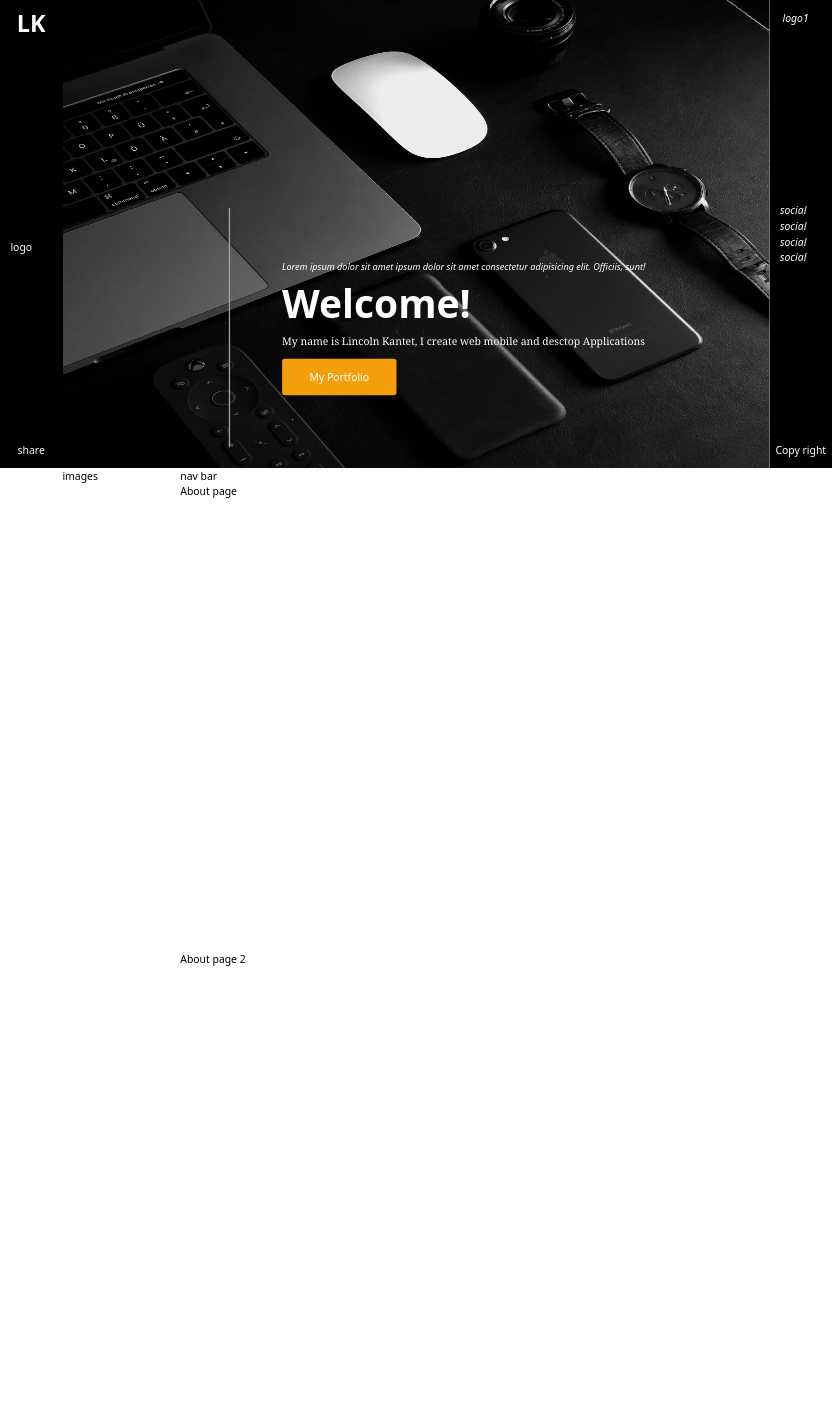
Repository: linco6054/template-tailwindcss
Page: index.html
These files come from the project's save history. The page is drawn as it stood at one moment and after a run of saves; the edit follows.
The browser window is 1280 px wide. The pictures show the whole page, at 65% of full size.

Above is the page before, as saved 2021-08-17 17:26:18.

### index.html
<!DOCTYPE html>
<html lang="en">

  <head>
    <meta charset="UTF-8" />
    <meta http-equiv="X-UA-Compatible" content="IE=edge" />
    <meta name="viewport" content="width=device-width, initial-scale=1.0" />
    <link href="https://unpkg.com/tailwindcss@^2/dist/tailwind.min.css" rel="stylesheet" />
<link rel="stylesheet" href="style.css">
    <title>Lincoln Kantet</title>
  </head>

  <body class="font-sans text-white  max-w-full h-auto flex flex-col lg:flex-row">
    <!-- nav -->
    <nav class="
        fixed
        top-0
        lg:left-0
        overflow-hidden
        bg-black
        h-20
        flex
        justify-between
        lg:flex-col
        items-center
        w-full
        lg:w-24 lg:h-screen
        z-50
      ">
      <span>
        <h1 class="mx-4 lg:mt-4 text-4xl font-bold">LK</h1>
      </span>
      <div class="mx-4 cursor-pointer">
        <i class="opacity-0 hover:opacity-100">menu</i>
        <span>logo</span>
      </div>

      <span class="mx-4 lg:mb-4">share</span>
    </nav>
    <!-- pages -->
    <section class="
        px-0
        lg:px-24
        overflow-hidden
        flex-col
        md:w-full
        lg:w-full
        h-auto
        text-black
        pt-20
        md:pt-0

      ">
      <div class="h-screen w-full relative overflow-hidden">
        <img class="absolute  z-0 h-full w-full" src="/images/bg.jpg" alt="">

        <div
          class="md:border-l-2 md:pl-20 md:py-20 md:border-gray-400 px-10 lg:ml-64 absolute text-white top-64 md:top-80 w-full z-20 flex flex-col  items-left  ">
          <i class="w-full text-sm mb-4 ">Lorem ipsum dolor sit amet ipsum dolor sit amet consectetur adipisicing elit.
            Officiis, sunt!</i>
          <h1 class="font-extrabold text-6xl mb-4">Welcome!</h1>
          <p class="font-serif mb-4">My name is Lincoln Kantet, I create web mobile and desctop Applications</p>
          <button class="bg-yellow-500 px-4 py-2 md:px-10 md:py-4 rounded w-44 hover:bg-yellow-700 ">My
            Portfolio</button>
        </div>
      </div>
      </div>
      <!-- other screen mother container -->
      <div class="h-auto mainSection">
      <div class="mainSection_images">images</div>
      <div class="mainSection_mother">
        <nav>nav bar</nav>
        <main>
          <div class="h-screen">About page</div>
            <div class="h-screen">About page 2</div>
        </main>
      </div>

      </div>
      <!-- end of other screen mother container -->
    </section>
    <!-- footer -->
    <footer class="
        lg:fixed lg:right-0
        overflow-hidden
        w-full
        lg:w-24
        bg-black
        h-20
        flex
        lg:h-screen
        flex-row-reverse
        justify-between
        items-center
        lg:flex-col
      ">
      <span class="mr-4 lg:mt-4">
        <i>logo1</i>
      </span>
      <span class="ml-4">
        <i>social</i>
        <i>social</i>
        <i>social</i>
        <i>social</i>
      </span>
      <span class="hidden lg:block lg:mb-4">Copy right</span>
    </footer>
  </body>

</html>

### style.css
/* just because of the structure */
.mainSection {
  position: relative !important;
  display: flex;
}
.mainSection_images {
  flex: 1 !important;
  position: ;

}
.mainSection_mother {
  flex: 5;
}
.mainSection_mother > nav {
  position: sticky !important;
  top: 0 !important;
}

After the next 2 saves:
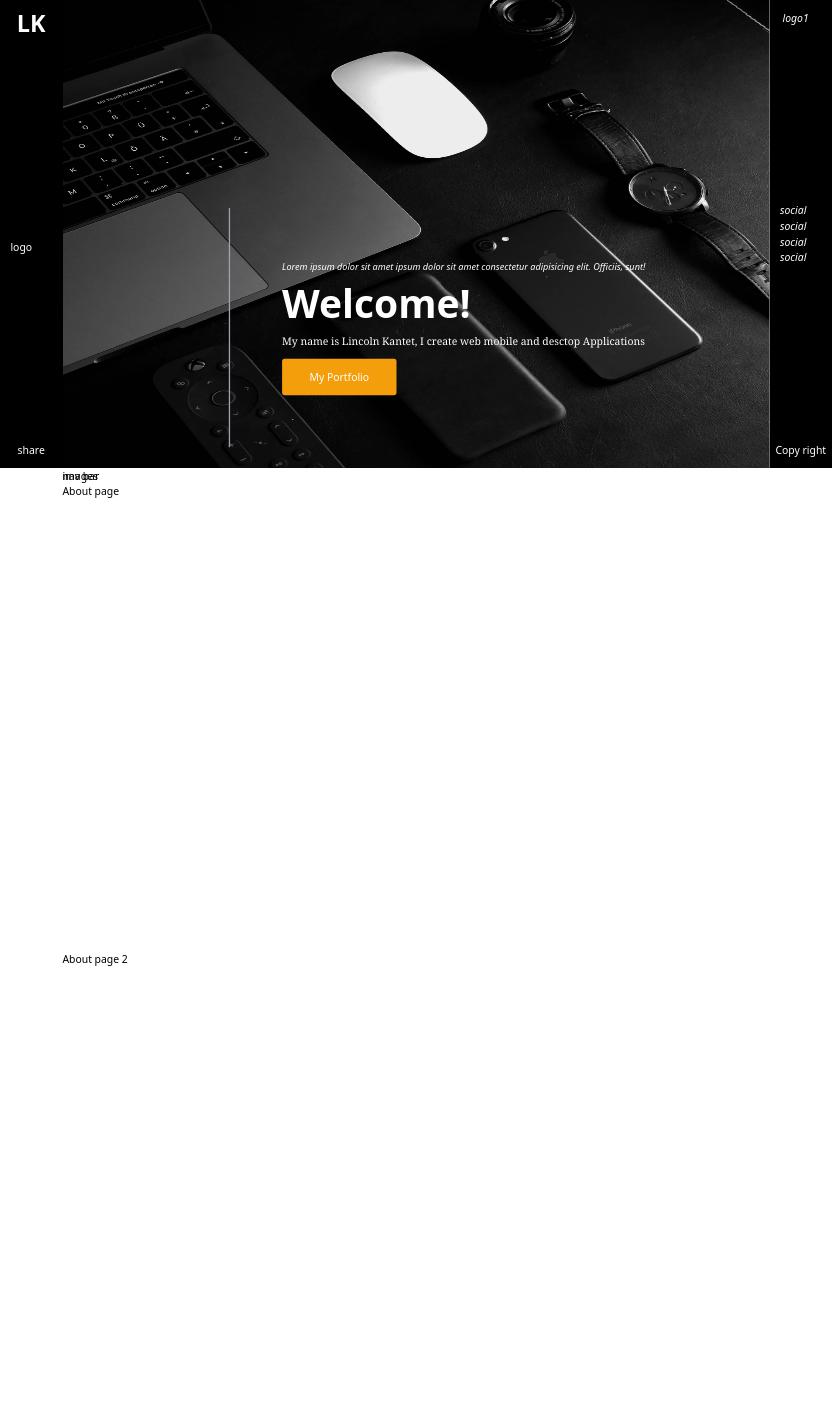
The 2 saves are shown as one change because they came seconds apart.
The last was saved 4 s later.
--- a/style.css
+++ b/style.css
@@ -5,8 +5,7 @@
 }
 .mainSection_images {
   flex: 1 !important;
-  position: ;
-
+  position: fixed !important;
 }
 .mainSection_mother {
   flex: 5;
